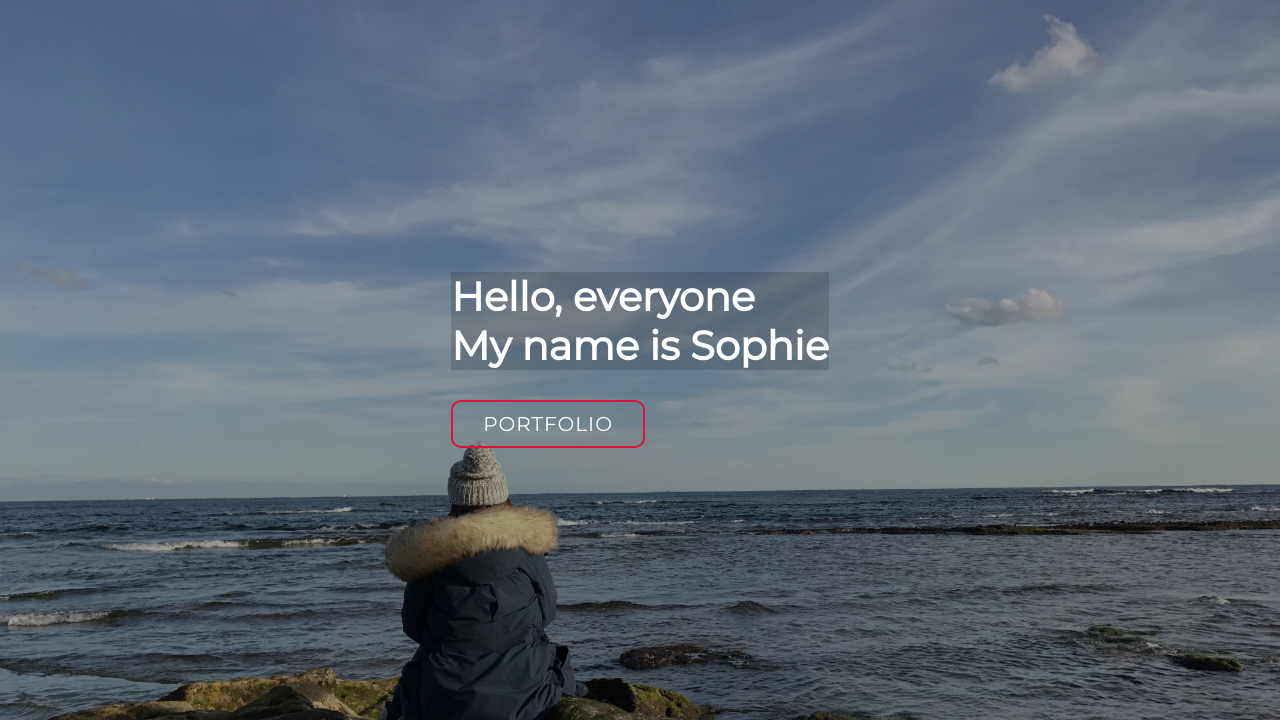
Repository: wenxi0504/StaticWebsite_Profolio
Page: index.html
These files come from the project's save history. The page is drawn as it stood at one moment and after the next save; the edit follows.
The browser window is 1280 px wide. The pictures show the whole page.

Above is the page before, as saved 2022-03-01 22:55:59.

After the next save:
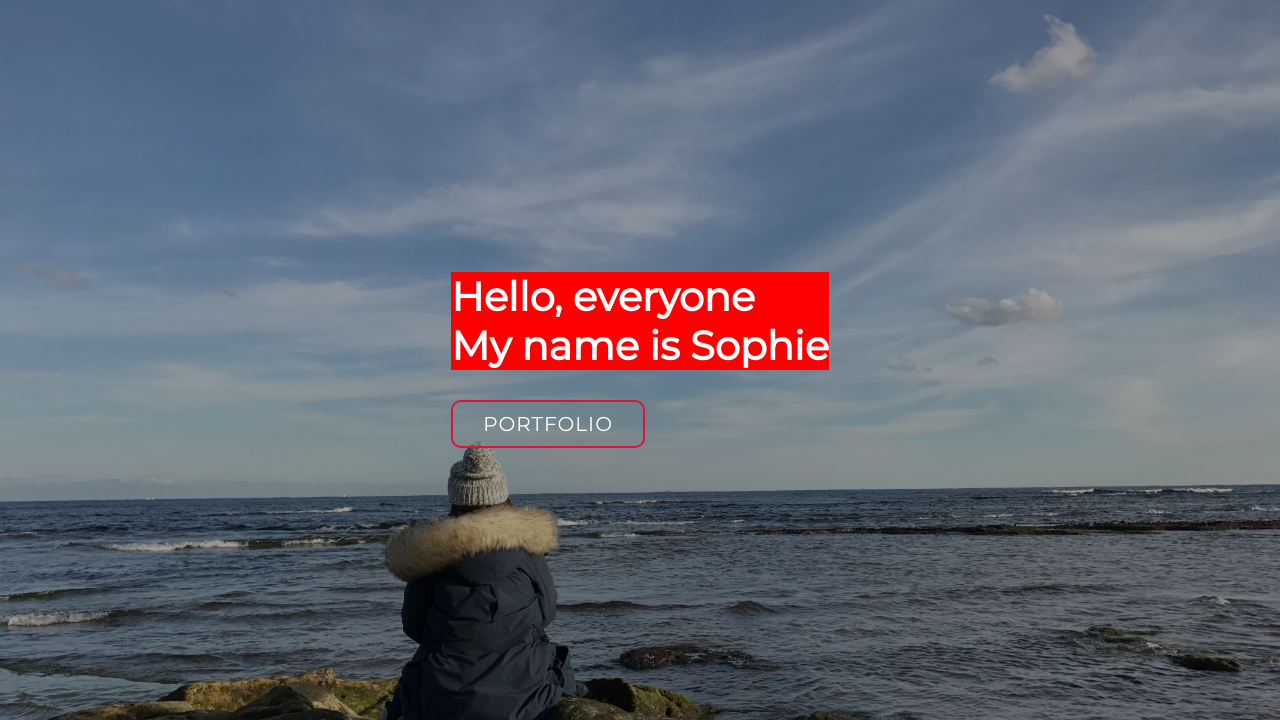
Saved 78 s later.
--- a/style.css
+++ b/style.css
@@ -48,7 +48,7 @@
 #myIntro h1{
     display: block;
     width: fit-content;
-    background-color:transparent;
+    background-color:red;
     font-size: 4rem;
     position: relative;
     color: white;

After the save that followed:
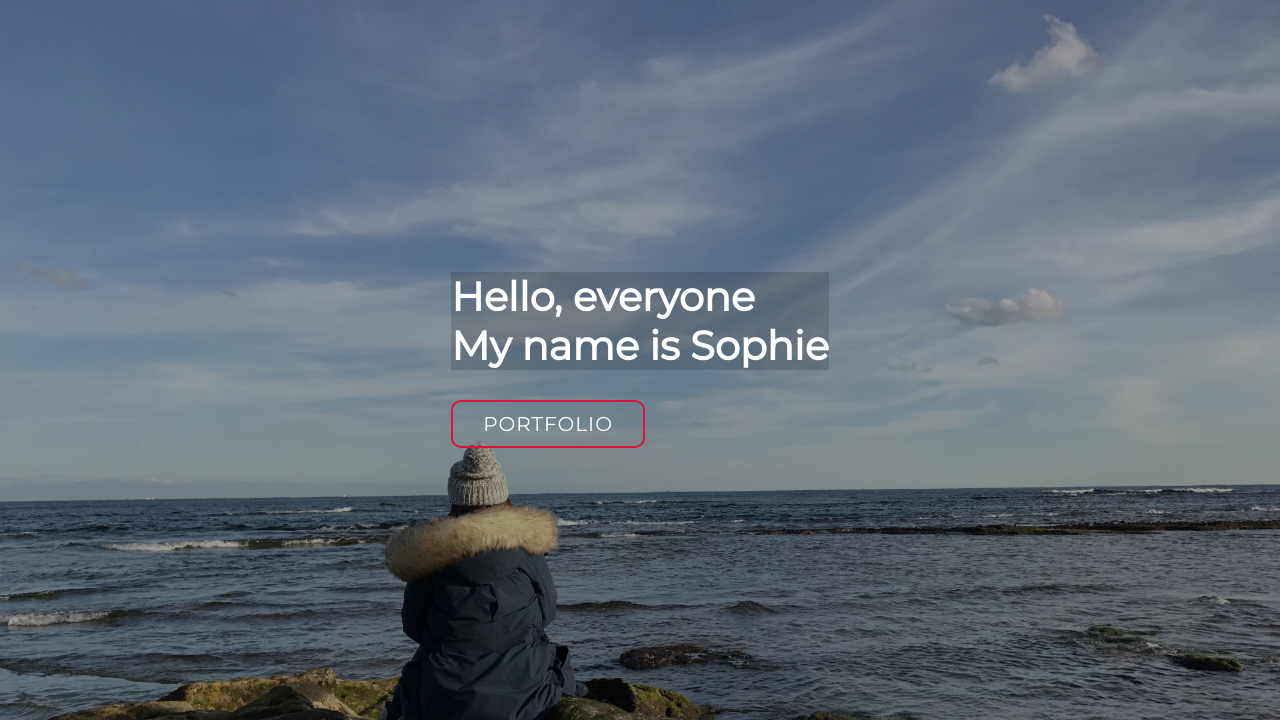
Saved 14 s later.
--- a/style.css
+++ b/style.css
@@ -48,7 +48,7 @@
 #myIntro h1{
     display: block;
     width: fit-content;
-    background-color:red;
+    background-color:transparent;
     font-size: 4rem;
     position: relative;
     color: white;
